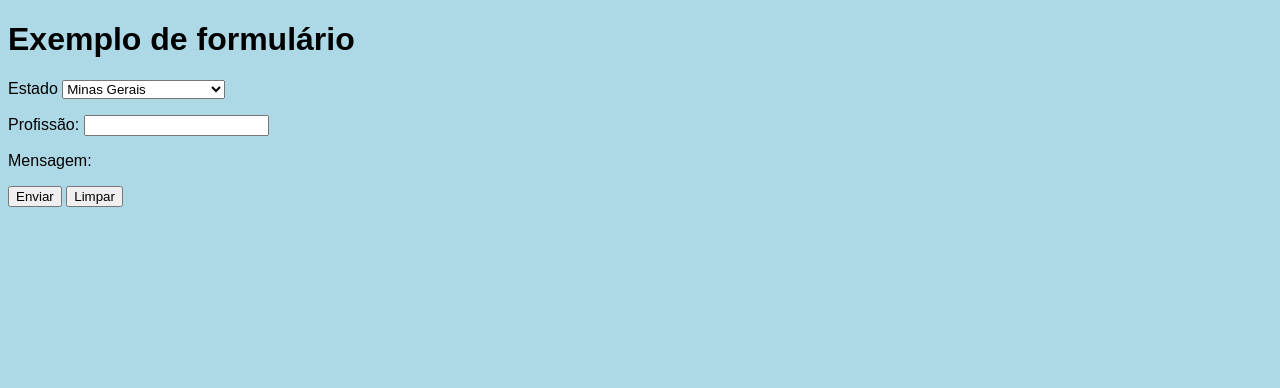
Repository: Codigo404q/html-css
Page: exercicios/ex025/form007.html
The author's editor kept a copy of each file at every save. The page is drawn from the files as they stood at one save, then again after a run of saves.
The browser window is 1280 px wide. The pictures show the whole page.

Above is the page before, as saved 2024-01-30 22:42:58.

After the next 5 saves:
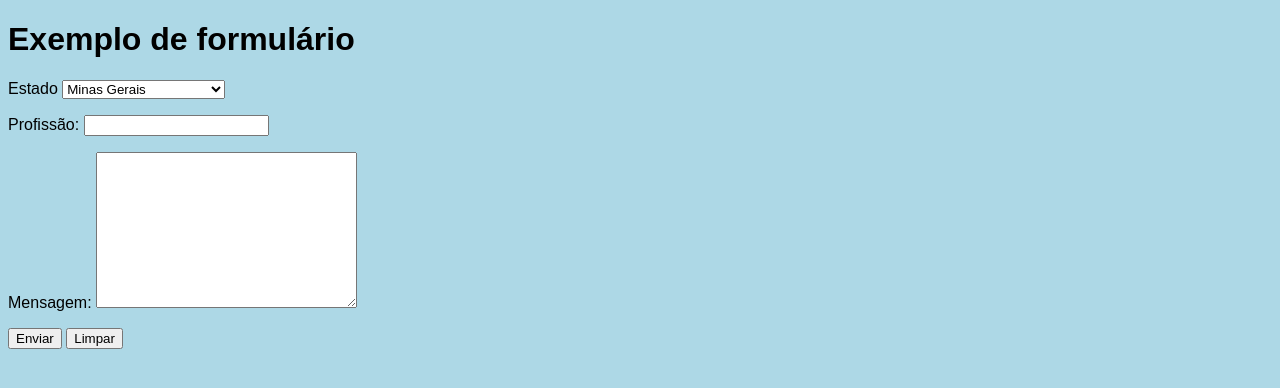
The 5 saves are shown as one change because they came seconds apart.
The last was saved 12 s later.
--- a/exercicios/ex025/form007.html
+++ b/exercicios/ex025/form007.html
@@ -46,6 +46,7 @@
 
         <p>
             <label for="imsg">Mensagem: </label>
+            <textarea name="msg" id="" cols="30" rows="10"></textarea>
         </p>
         <p>
             <input type="submit" value="Enviar">
